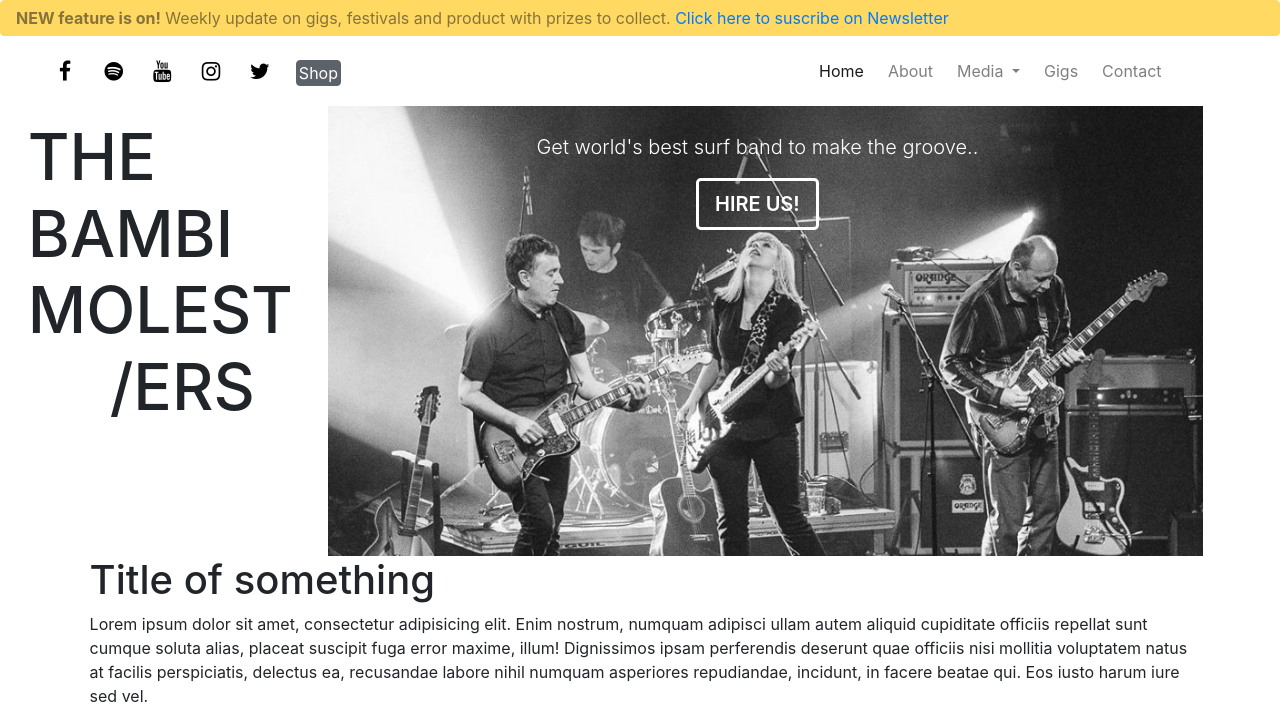
Repository: NamcorStudent/Stream_1_Project_HTML5-CSS3
Page: index.html
The author's editor kept a record of every edit. The page is drawn from the files as they stood at one moment, then again after the next edit.
The browser window is 1280 px wide. The pictures show the whole page.
Some web libraries are served in a nearby version.

Above is the page before.

### index.html
<!DOCTYPE html>
<html lang="en">

<head>
    <meta charset="UTF-8">
    <meta name="viewport" content="width=device-width, initial-scale=1.0">
    <meta http-equiv="X-UA-Compatible" content="ie=edge">
    <link rel="stylesheet" href="https://maxcdn.bootstrapcdn.com/bootstrap/4.2.1/css/bootstrap.min.css" type="text/css" />
    <link rel="stylesheet" href="https://maxcdn.bootstrapcdn.com/font-awesome/4.7.0/css/font-awesome.min.css" type="text/css" />
    <link rel="stylesheet" href="assets/css/style.css" type="text/css" />
    <title>The Bambi Molesters | Official</title>
</head>

<body>
    <!--Alert for subscription-->
    <div class="container-fluid alert-container">
        <div class="row d-none d-sm-block no-gutters">
            <div class="col-12">
                <div class="alert alert-warning">
                    <strong>NEW feature is on!</strong> Weekly update on gigs, festivals and product with prizes to collect. <a href="#" data-toggle="modal" data-target="#subscribeModal">Click here to suscribe on Newsletter</a>
                </div>
            </div>
        </div>
    </div>
    <!--Nav-->
    <div class="container-fluid nav-alert-wrapper">
        <nav class="navbar navbar-light navbar-expand-sm">
            <div class="social-links mr-auto">
                <ul class="list-inline social-links">
                    <li class="list-inline-item">
                        <a target="_blank" href="#">
                            <i class="fa fa-facebook" aria-hidden="true"></i>
                            <span class="sr-only">Facebook</span>
                        </a>
                    </li>
                    <li class="list-inline-item">
                        <a target="_blank" href="#">
                            <i class="fa fa-spotify" aria-hidden="true"></i>
                            <span class="sr-only">Spotify</span>
                        </a>
                    </li>
                    <li class="list-inline-item">
                        <a target="_blank" href="#">
                            <i class="fa fa-youtube" aria-hidden="true"></i>
                            <span class="sr-only">YouTube</span>
                        </a>
                    </li>
                    <li class="list-inline-item">
                        <a target="_blank" href="#">
                            <i class="fa fa-instagram" aria-hidden="true"></i>
                            <span class="sr-only">Instagram</span>
                        </a>
                    </li>
                    <li class="list-inline-item">
                        <a target="_blank" href="#">
                            <i class="fa fa-twitter" aria-hidden="true"></i>
                            <span class="sr-only">Twitter</span>
                        </a>
                    </li>
                    <li class="list-inline-item">
                        <a target="_blank" href="#">
                            <button class="btn btn-dark" aria-hidden="true">Shop</button>
                            <span class="sr-only">Shop</span>
                        </a>
                    </li>
                </ul>
            </div>
            <button class="navbar-toggler" type="button" data-toggle="collapse" data-target="#navbarTogglerDropdown" aria-controls="navbarTogglerDemo02" aria-expanded="false" aria-label="Toggle navigation">
            <span class="navbar-toggler-icon"></span>
            </button>

            <div class="collapse navbar-collapse" id="navbarTogglerDropdown">
                <ul class="navbar-nav ml-auto">
                    <li class="active nav-item mr-2"><a class="nav-link" href="/">Home</a></li>
                    <li class="nav-item mr-2"><a class="nav-link" href="">About</a></li>
                    <li class="nav-item dropdown mr-2">
                        <a class="nav-link dropdown-toggle" href="#" id="navbarDropdownMenuLink" role="button" data-toggle="dropdown" aria-haspopup="true" aria-expanded="false">
          Media
        </a>
                        <div class="dropdown-menu" aria-labelledby="navbarDropdownMenuLink">
                            <a class="dropdown-item" href="#">Video</a>
                            <a class="dropdown-item" href="#">Music</a>
                            <a class="dropdown-item" href="#">Gallery</a>
                        </div>
                    </li>
                    <li class="nav-item mr-2"><a class="nav-link" href="">Gigs</a></li>
                    <li class="nav-item mr-2"><a class="nav-link" href="">Contact</a></li>
                    <li class="nav-item mr-2 d-block d-sm-none"><a class="nav-link btn btn-success" href="#" data-toggle="modal" data-target="#subscribeModal">Click to suscribe on Newsletter!!!</a></li>
                </ul>
            </div>
        </nav>
    </div>


    <!-- Callout -->
    <div class="container-fluid callout-container">
        <div class="row">
            <div class="col-3 page-title">
                <h1><span>The</span><br><span>Bambi</span><br><span>Molest</span><br><span class="offset-span">/ers</span></h1>
            </div>
            <div class="col-12 hero-image">
                <div class="row ">
                    <div class="col">
                        <div class="jumbotron text-center">
                            <h6 class="d-block d-sm-none">Special occasion comming up?</h6>
                            <p class="lead d-none d-sm-block">Get world's best surf band to make the groove..</p>
                            <p><button class="btn btn-lg btn-success btn-cta" data-toggle="modal" data-target="#signUpModal">Hire us!</button></p>
                        </div>
                    </div>
                </div>
                <a href="index.html"><img src="assets/images/index960x640.jpg"></img></a>
            </div>
        </div>
    </div>
    <!-- /.callout -->

    <!-- Provisional Content-->
    <div class="conteiner-fluid page-content-container">
        <h1>Title of something</h1>
        <p>Lorem ipsum dolor sit amet, consectetur adipisicing elit. Enim nostrum, numquam adipisci ullam autem aliquid cupiditate officiis repellat sunt cumque soluta alias, placeat suscipit fuga error maxime, illum! Dignissimos ipsam perferendis deserunt
            quae officiis nisi mollitia voluptatem natus at facilis perspiciatis, delectus ea, recusandae labore nihil numquam asperiores repudiandae, incidunt, in facere beatae qui. Eos iusto harum iure sed vel.</p>
    </div>

    <!---Modal for subscription-->
    <div class="modal" tabindex="-1" role="dialog" id="subscribeModal">
        <div class="modal-dialog" role="document">
            <div class="modal-content">
                <div class="modal-header">
                    <h5 class="modal-title">Subscribe to New TBM Newsletter!</h5>
                    <button type="button" class="close" data-dismiss="modal" aria-label="Close">
          <span aria-hidden="true">&times;</span>
        </button>
                </div>
                <div class="modal-body">
                    <p>Updates on gigs, prizes and uniquie band products;)</p>
                    <hr>
                    <form>
                        <div class="form-group">
                            <label for="InputEmail">Email address</label>
                            <input type="email" class="form-control" id="InputEmail" aria-describedby="emailHelp" placeholder="Enter email">
                            <small id="emailHelp" class="form-text text-muted">We'll never share your email with anyone else.</small>
                        </div>
                        <div class="form-group">
                            <label for="VerifyEmail">Verefy Email address</label>
                            <input type="email" class="form-control" id="VerifyEmail" aria-describedby="VerifyEmail" placeholder="Verify email">
                            <small id="emailHelp" class="form-text text-muted">You may un-suscribe at any moment. Details in Confiramtion Email.</small>
                        </div>
                        <button type="submit" class="btn btn-success">Subscribe</button>
                    </form>
                </div>
            </div>
        </div>
    </div>

    <script src="https://code.jquery.com/jquery-3.3.1.slim.min.js" integrity="sha384-q8i/X+965DzO0rT7abK41JStQIAqVgRVzpbzo5smXKp4YfRvH+8abtTE1Pi6jizo" crossorigin="anonymous"></script>
    <script src="https://cdnjs.cloudflare.com/ajax/libs/popper.js/1.14.7/umd/popper.min.js" integrity="sha384-UO2eT0CpHqdSJQ6hJty5KVphtPhzWj9WO1clHTMGa3JDZwrnQq4sF86dIHNDz0W1" crossorigin="anonymous"></script>
    <script src="https://stackpath.bootstrapcdn.com/bootstrap/4.3.1/js/bootstrap.min.js" integrity="sha384-JjSmVgyd0p3pXB1rRibZUAYoIIy6OrQ6VrjIEaFf/nJGzIxFDsf4x0xIM+B07jRM" crossorigin="anonymous"></script>
</body>

</html>

### assets/css/style.css
@import url('https://fonts.googleapis.com/css?family=Oswald:100,200,300,400,500,600,700,800,900 | Ubuntu: 100,200,300,400,500,600,700,800,900');

/* ---------------------------------------GENERAL CONTENT */

/* Alert */

.alert-container {
    padding: 0;
    margin: 0;
    border: 0;
}

.alert-warning {
    margin: 0;
    padding: 5px 15px;
    color: #86733b;
    background-color: #ffd962;
    border-color: #ffd962;
}

/* Social */

.navbar .social-links li a i {
    margin: 0;
    width: 25px;
    height: 25px;
    padding: 12px 0;
    border-radius: 20%;
    line-height: 1px;
    text-align: center;
    vertical-align: center;
    color: #000;
    background: #fff;
    transition: all 0.35s ease-in-out;
    -moz-transition: all 0.35s ease-in-out;
    -webkit-transition: all 0.35s ease-in-out;
    -o-transition: all 0.35s ease-in-out;
}


.list-inline{
    margin: 0;
    font-size: 1.35rem;
}

.list-inline-item:not(:last-child) {
    margin-right: 1.1rem;
}

.btn-dark {
    color: #fff;
    background-color: #5c6269;
    border-color: #5c6269;
    padding: 0 2px;
    display: block;
}

/* Navigation */

.nav-wrapper{
    position: relative;
    top: 0;
    left: 0;
    padding-left: 0;
    padding-right: 0;
}

.nav {
    background-color: #fff;
}

.navbar{
    margin-bottom: 0;
    border: 0;
    width: 100%;
    background-color: #fff;
    padding-right: 7%;
    padding-left: 3%;
    height: 70px;

}

.navbar .navbar-nav a{
    padding: 0 30px;
}


/* Page title */

.row .page-title{
    position: absolute;
}

.offset-span{
    margin-left: 6.4vw;
}

.row .page-title h1{
    font-size: 5vw;
    margin-top: 1vw;
    margin-left: 1vw;
    text-transform: uppercase;
}

/* Jumbotron and Image */
.callout-container {
    /*height: 80vh;*/
    max-height: 450px;
    overflow: hidden;
}

.jumbotron,
.callout-container img {
    width: 70%;
    margin-left: 25%;
}

.hero-image {
    position: relative;
    left: 0;
}

.jumbotron{
    position: absolute;
    background-color: transparent;
    color: #fff;
    margin-left: 23vw;
    padding-top: 2vw;
}

.btn-cta{
    background-color: transparent;
    border: 3px solid #fff;
    text-transform: uppercase;
    font-weight: 600;
    transition: all 0.35s ease-in-out;
    -moz-transition: all 0.35s ease-in-out;
    -webkit-transition: all 0.35s ease-in-out;
    -o-transition: all 0.35s ease-in-out;
}

/* Hover */

.social-links li a i:hover{
    background-color: #000;
    color: #fff;
}

#navbarTogglerDropdown > ul > li:hover{
    font-weight: 500;
}

.btn-cta:hover,
.btn-cta:active,
.btn-cta:focus,
.btn-cta:active:focus {
    background-color: rgba(0,0,0,0.4);
    border-color: #ffd962 ;
    color: #ffd962;
}

/* Media Query for Moblie */

@media (max-width:575px){
#navbarTogglerDropdown {
    background-color: #fff;
    z-index: 1;
    width: 100vw;
    height: 100vh;
    text-align: center;
    text-transform: uppercase;
    }

.list-inline .social-links{
    font-size: 1.35rem;
    }

.social-links .list-inline .list-inline-item{
    margin-right: 0.3rem;
}

#navbarTogglerDropdown > ul > li{
    margin-top: 12%;
    font-size: 20px;
    letter-spacing: 4px;
    }
}

/* ------------------------------------ CONTENT UNIQUE TO PAGE */

.page-content-container{
    margin: 0 7%;
}

After the next edit:
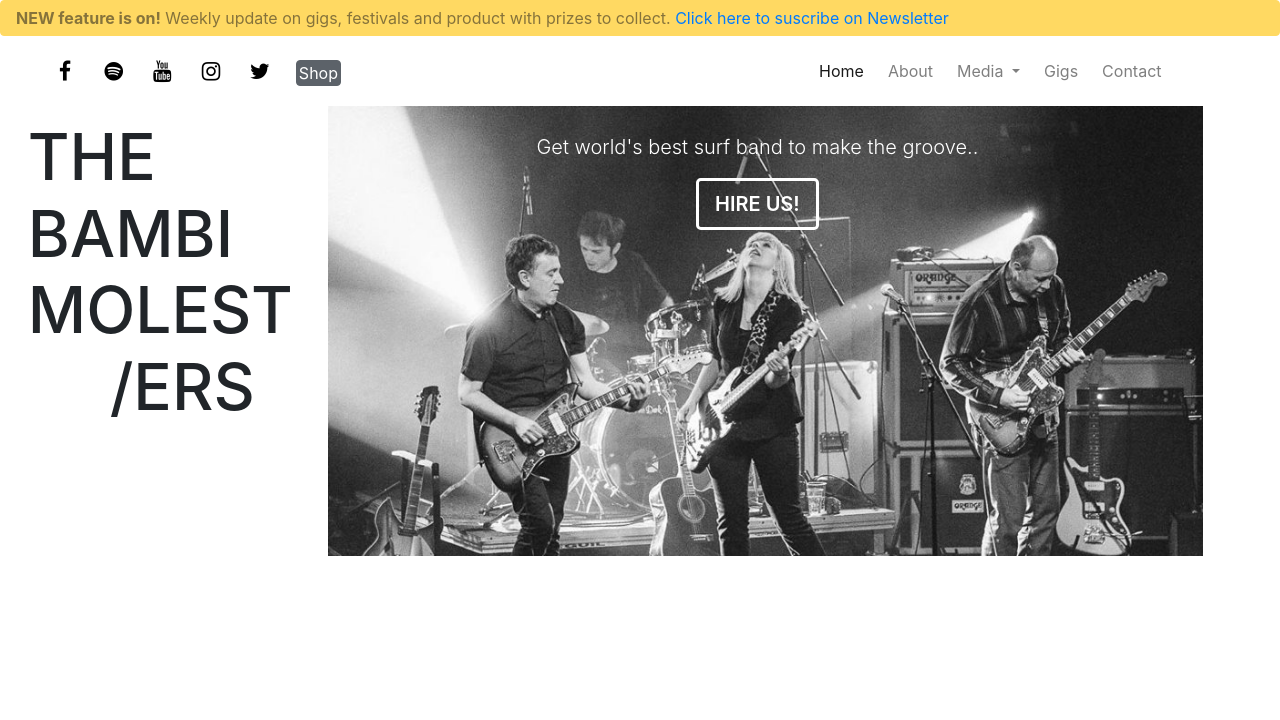
The edit:
--- a/index.html
+++ b/index.html
@@ -116,9 +116,6 @@
 
     <!-- Provisional Content-->
     <div class="conteiner-fluid page-content-container">
-        <h1>Title of something</h1>
-        <p>Lorem ipsum dolor sit amet, consectetur adipisicing elit. Enim nostrum, numquam adipisci ullam autem aliquid cupiditate officiis repellat sunt cumque soluta alias, placeat suscipit fuga error maxime, illum! Dignissimos ipsam perferendis deserunt
-            quae officiis nisi mollitia voluptatem natus at facilis perspiciatis, delectus ea, recusandae labore nihil numquam asperiores repudiandae, incidunt, in facere beatae qui. Eos iusto harum iure sed vel.</p>
     </div>
 
     <!---Modal for subscription-->
